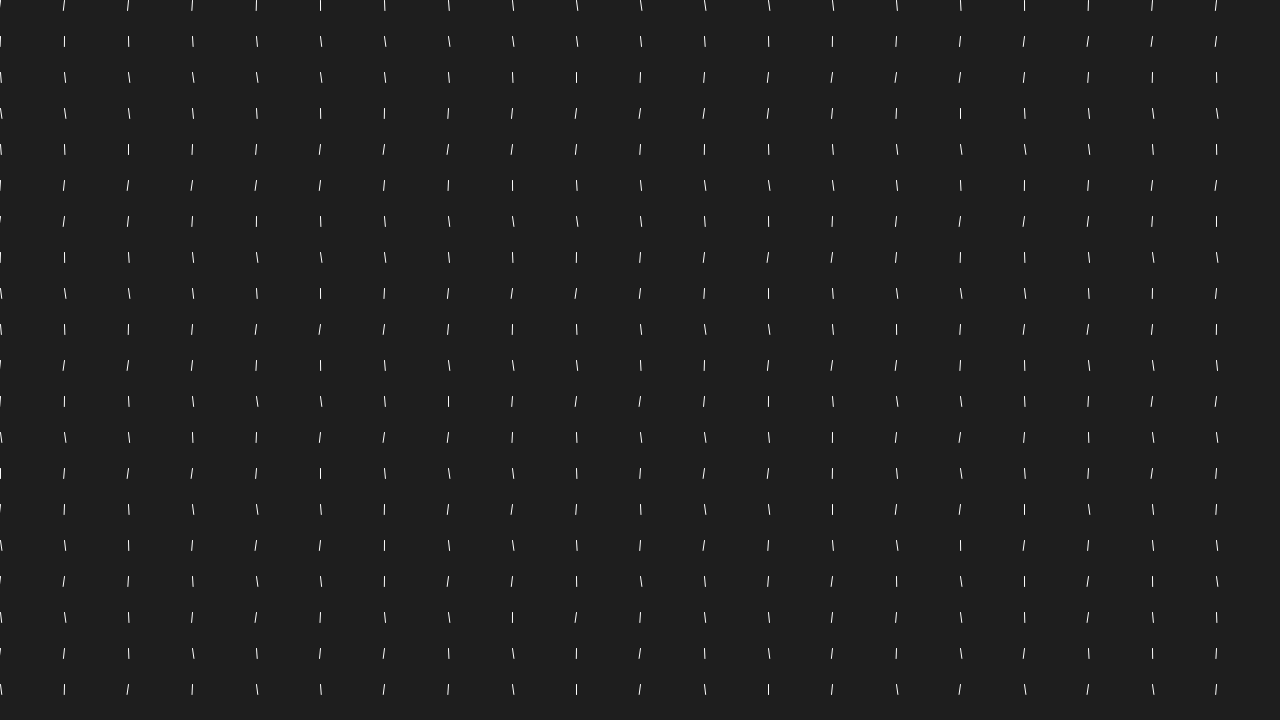
Repository: dylanreimer/electrocrafting
Page: projects/pendulum/index.html
These files come from the project's save history. The page is drawn as it stood at one moment and after the next save; the edit follows.
The browser window is 1280 px wide. The pictures show the whole page.

Above is the page before, as saved 2021-10-19 01:15:55.

### projects/pendulum/index.html
<!DOCTYPE html>
<html lang="en">
  <head>
    <meta charset="UTF-8" />
    <meta http-equiv="X-UA-Compatible" content="IE=edge" />
    <meta name="viewport" content="width=device-width, initial-scale=1.0" />
    <style>
      body {
      padding: 0;
      margin: 0;
    }
    </style>
    <title>pendulum</title>
      <script src="libs/p5.js"></script>
      <script src="libs/p5.dom.min.js"></script>
      <script src="libs/p5.sound.min.js"></script>
    </head>
  <body>
    <script src="sketch.js"></script>
    <script src="pendulum.js"></script>
  </body>
</html>

### projects/pendulum/sketch.js
const canvasWidth = window.innerWidth;
const canvasHeight = window.innerHeight;

let pendulums = [];

let cols = 20, rows = 20;


function preload() {

}

function setup() {
    createCanvas(canvasWidth, canvasHeight);

    pendulums = make2d(cols, rows);

    for(let i = 0; i < cols; i++) {
        for(let j = 0; j < rows; j++) {

          const xangle = map(mouseX, 0, width, -TWO_PI, TWO_PI);
          const yangle = map(mouseY, 0, height, -TWO_PI, TWO_PI);

          angle = (xangle * (i / width)*4) + (yangle * (j / height)*8);

          //console.log(angle);
          c = map(angle, -2, 2, 0, 50);

          pendulums[i][j] = new Pendulum(i*(canvasWidth/cols), j*(canvasHeight/rows), c/0.8);
        }
    }
}



function draw() {
    background(30);

    for(let i =0; i < cols; i++){
        for(let j = 0; j < rows; j++) {
            pendulums[i][j].render();
            pendulums[i][j].update();
        }
    }
}



function make2d(cols, rows) {
    let array = new Array(cols);
    for (let i = 0; i < array.length; i++) {
        array[i] = new Array(rows);
    }
    return array
}

### projects/pendulum/pendulum.js
class Pendulum {
    constructor(x, y, size, radius=10, velocity=0.01, color=[255, 255, 255]) {
        this.origin = {x: x, y: y};
        this.center = {x: x, y: y};
        this.lineStart = {x: x, y: y};
        this.size = size;
        this.swingRadius = radius;
        this.color = color;
        this.angle = PI/2;
        this.gravity = 0.9;
        this.damping = 0.9995;
        this.accel = 0;
        this.velocity = velocity;
    };

    update() {
        this.updateAngle();
        this.updatePosition();
    };

    render() {
        this.renderArm();
        this.renderWeight();
    };

    updateAngle() {
        this.accel = (-1 * this.gravity/this.size) * sin(this.angle);
        this.velocity += this.accel;
        this.velocity *= this.damping;
        this.angle += this.velocity;

        this.damping -= 0.0001
    };

    updatePosition() {
        this.center.x = sin(this.angle) * this.swingRadius + this.origin.x;
        this.center.y = cos(this.angle) * this.swingRadius + this.origin.y;
    };

    renderArm() {
        stroke(255);
        line(this.center.x, this.center.y, this.lineStart.x, this.lineStart.y);
    }

    renderWeight() {
        fill(this.color);
        ellipse(this.center.x, this.center.y, this.size);
    }


}

Loaded but not shown: projects/aframe/libraries/p5.js (library); projects/pendulum/libs/p5.dom.min.js (library); projects/pendulum/libs/p5.sound.min.js (library)

After the next save:
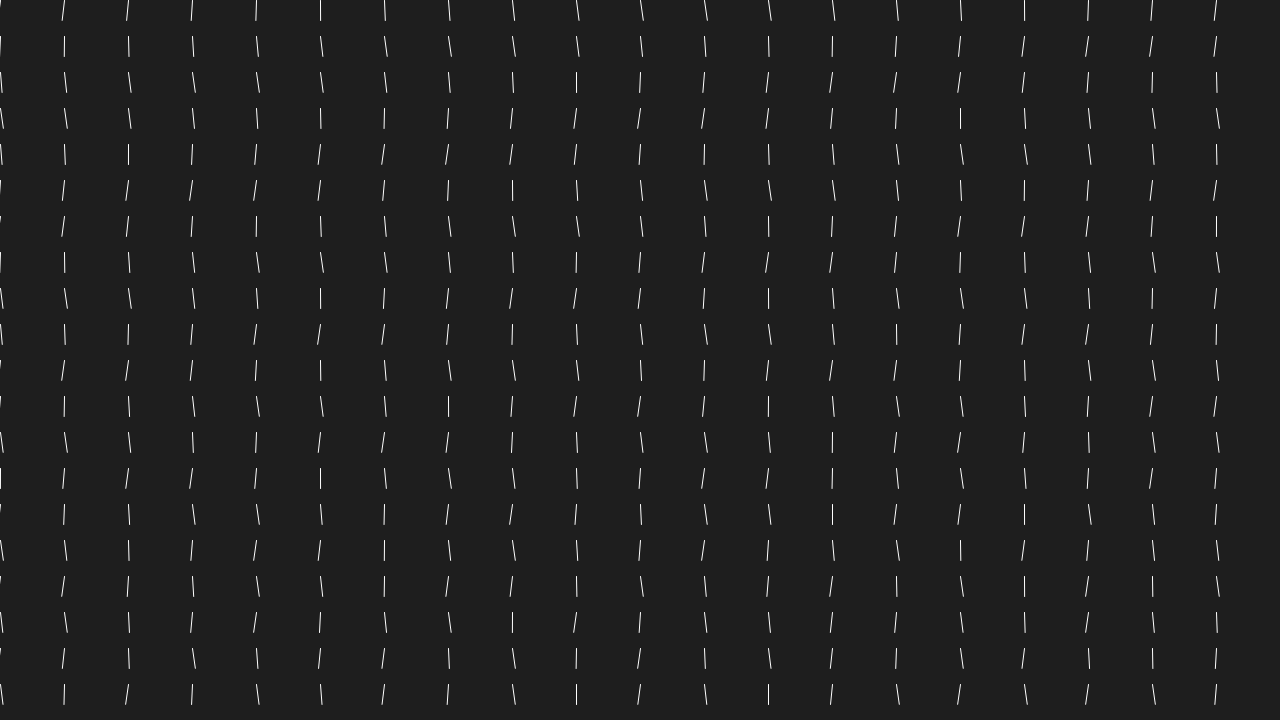
Saved 14 s later.
--- a/projects/pendulum/pendulum.js
+++ b/projects/pendulum/pendulum.js
@@ -1,5 +1,5 @@
 class Pendulum {
-    constructor(x, y, size, radius=10, velocity=0.01, color=[255, 255, 255]) {
+    constructor(x, y, size, radius=20, velocity=0.01, color=[255, 255, 255]) {
         this.origin = {x: x, y: y};
         this.center = {x: x, y: y};
         this.lineStart = {x: x, y: y};
